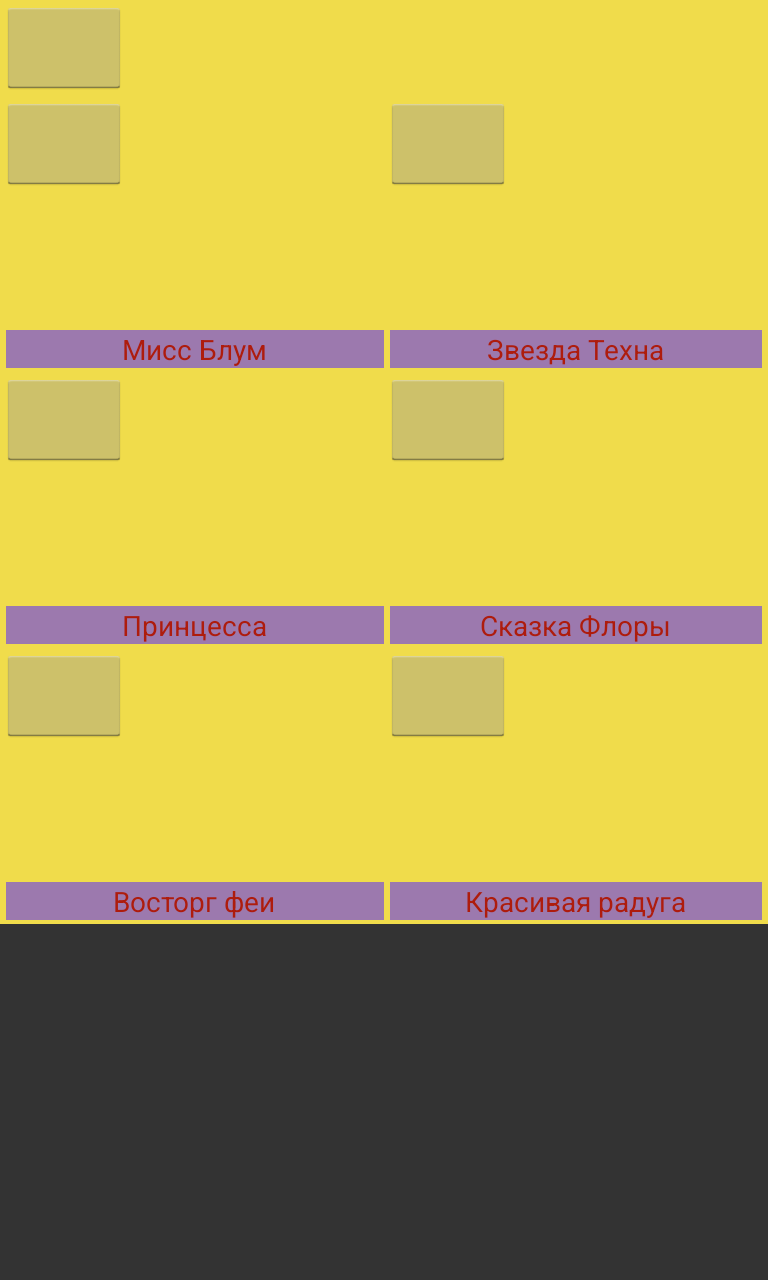
Repository: Skyremix/Winx
Layout: Winx/Winx/res/layout/stages.xml
An editor plug-in stored every save of this project. The layout is shown before and after the next save, followed by the edit.
It is drawn on a 768 x 1280 px phone screen (xhdpi) without system bars, with theme AppTheme; the app's code is not run.

Above is the layout before, as saved 2015-05-14 23:39:52.

After the next save:
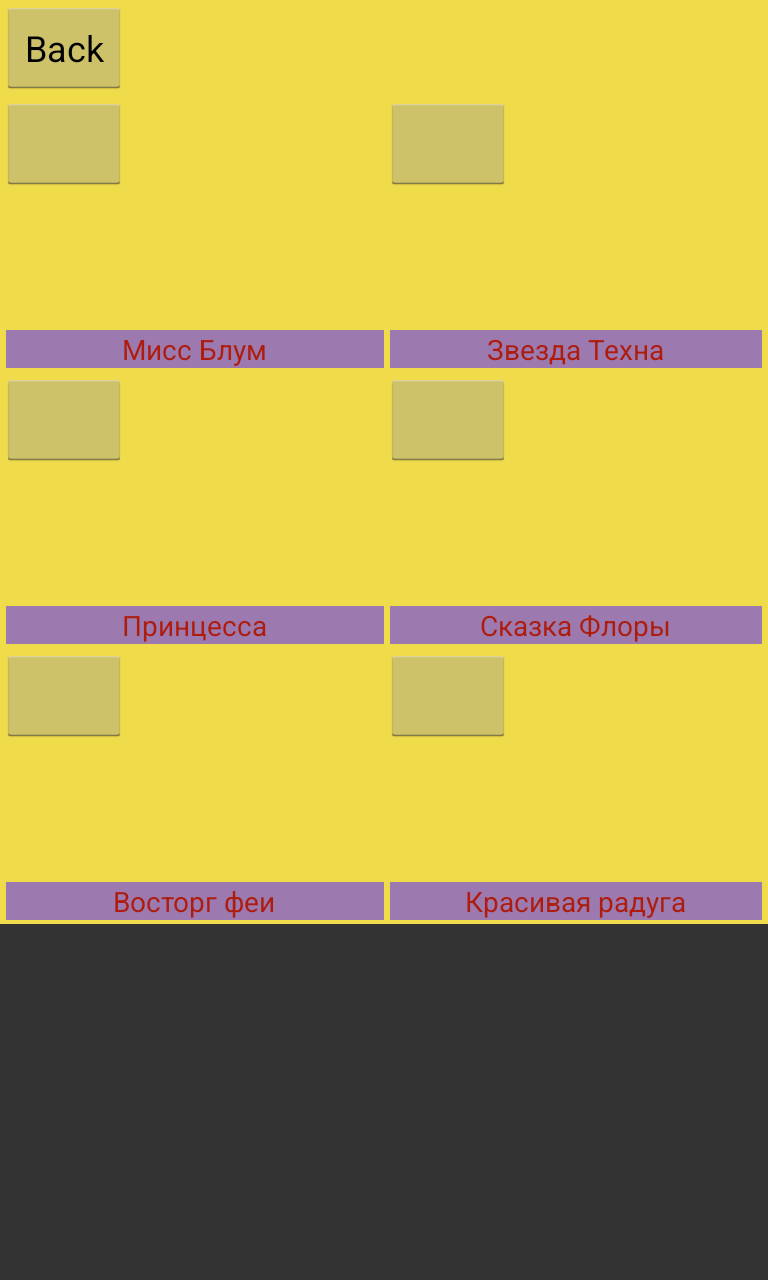
Saved 38 s later.
--- a/Winx/Winx/res/layout/stages.xml
+++ b/Winx/Winx/res/layout/stages.xml
@@ -19,7 +19,8 @@
                 android:layout_width="wrap_content"
                 android:layout_height="wrap_content"
                 android:layout_gravity="center_horizontal"
-                android:src="@drawable/buttons"/>
+                android:src="@drawable/buttons"
+                android:text="Back"/>
 
         </LinearLayout>
 

After the save that followed:
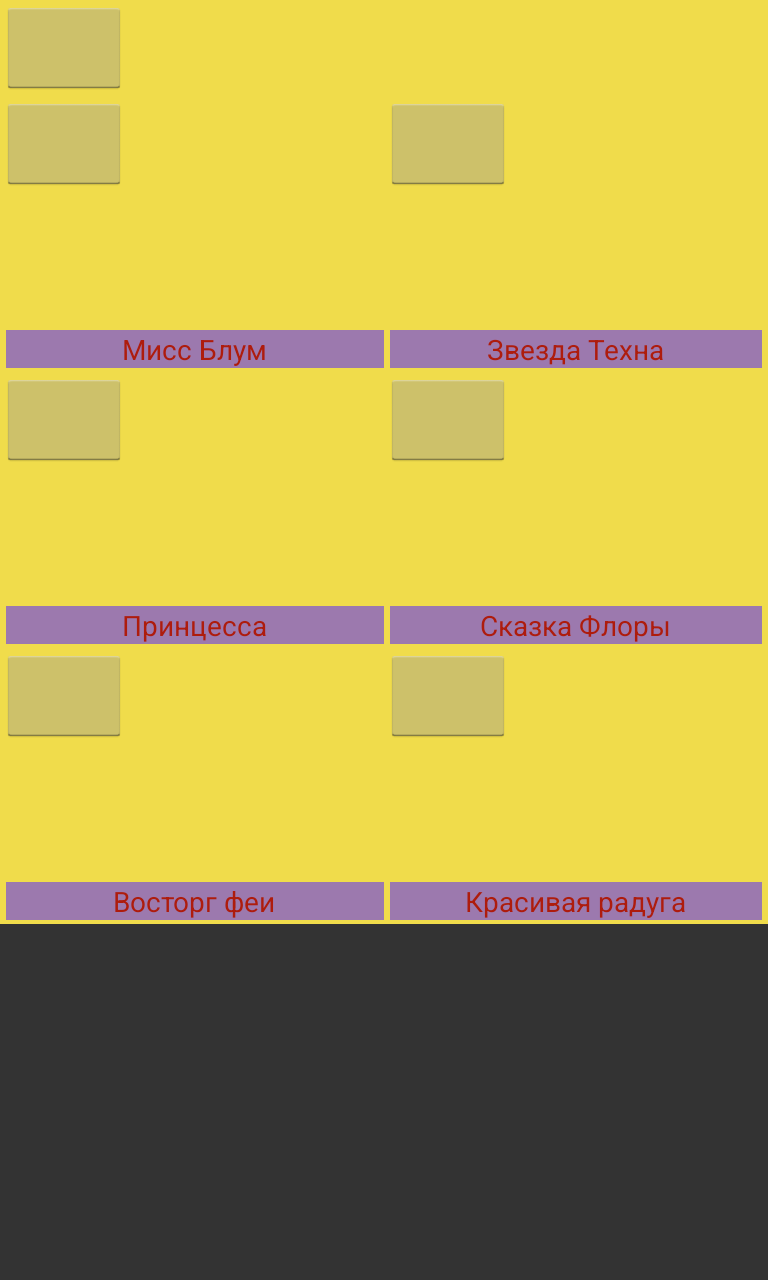
Saved 18 s later.
--- a/Winx/Winx/res/layout/stages.xml
+++ b/Winx/Winx/res/layout/stages.xml
@@ -20,7 +20,8 @@
                 android:layout_height="wrap_content"
                 android:layout_gravity="center_horizontal"
                 android:src="@drawable/buttons"
-                android:text="Back"/>
+                android:text="Back"
+                android:textColor="#31666"/>
 
         </LinearLayout>
 
